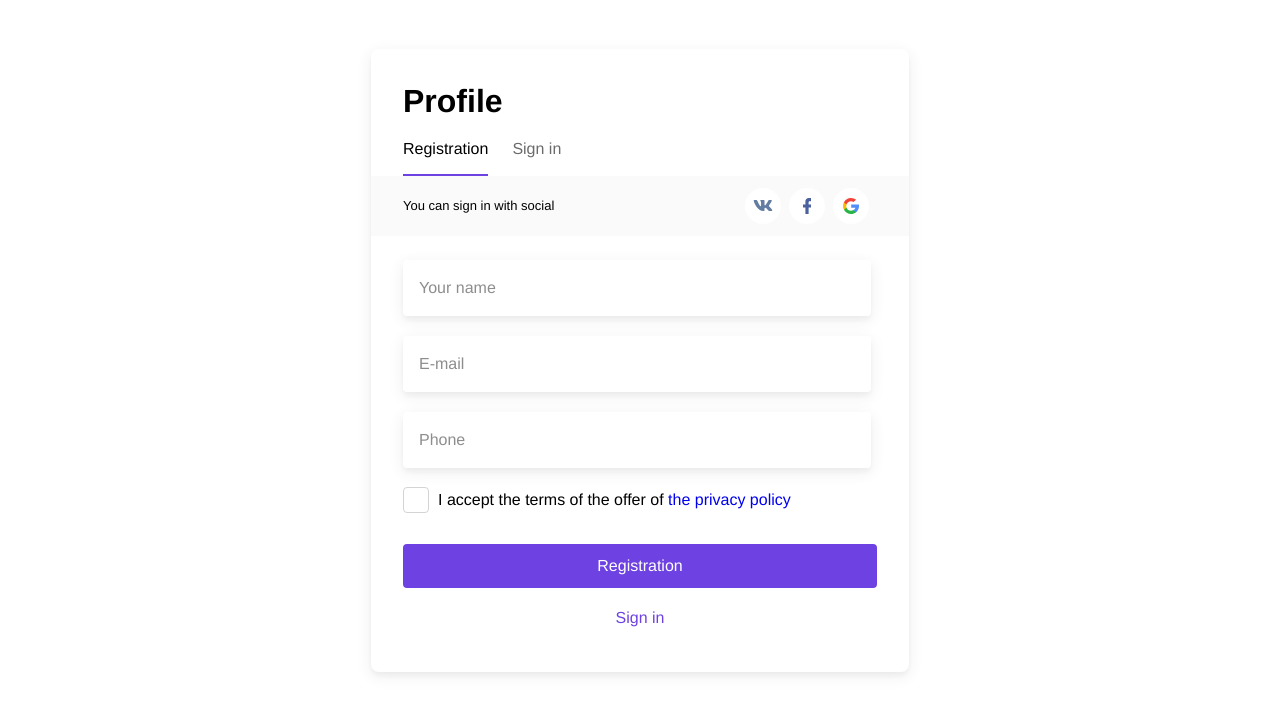
Repository: skydevil1604/vue-test-app
Page: /
The author's editor kept a copy of each file at every save. The page is drawn from the files as they stood at one save, then again after the next save.
The browser window is 1280 px wide. The pictures show the whole page.
The project was rebuilt for these pictures with package versions that can differ from the ones it lists, and the page was loaded fresh each time.

Above is the page before, as saved 2020-04-06 18:38:13.

After the next save:
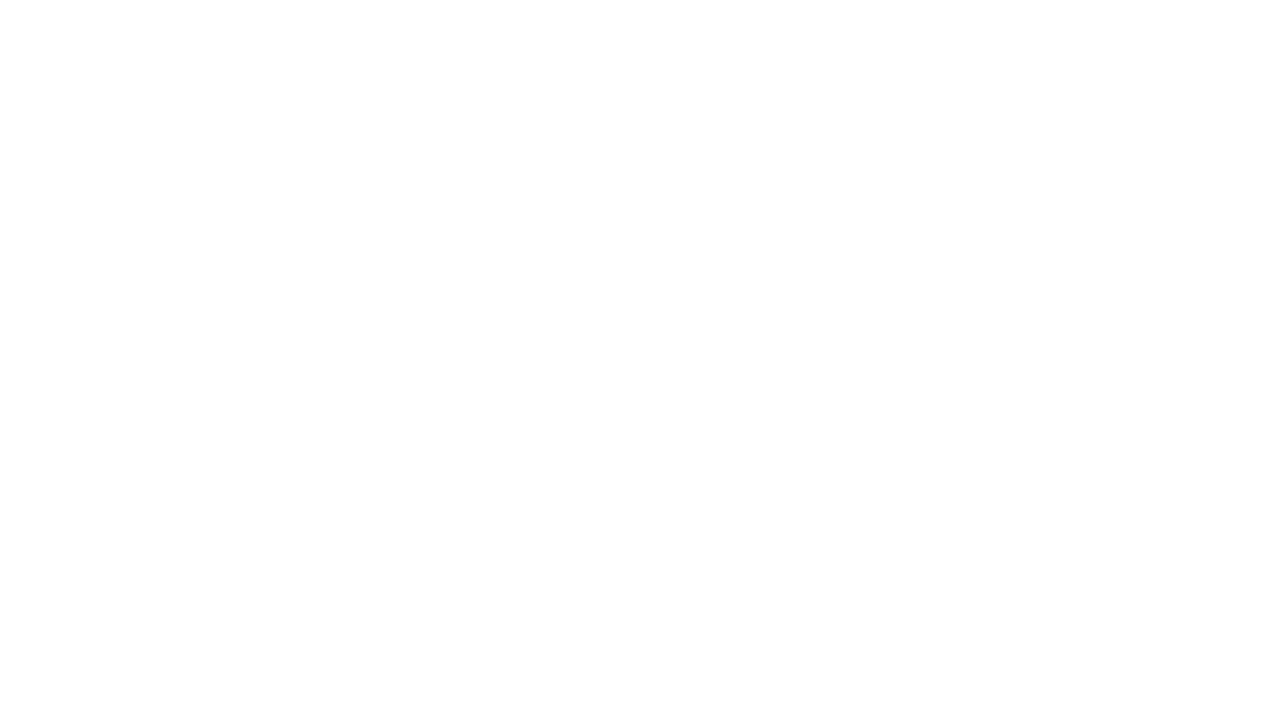
Saved 2 min 13 s later.
--- a/src/main.js
+++ b/src/main.js
@@ -7,6 +7,6 @@
 Vue.use(VueRouter)
 
 new Vue({
-  render: h => h(App),
+  // render: h => h(App),
   router
 }).$mount('#app');

After the save that followed:
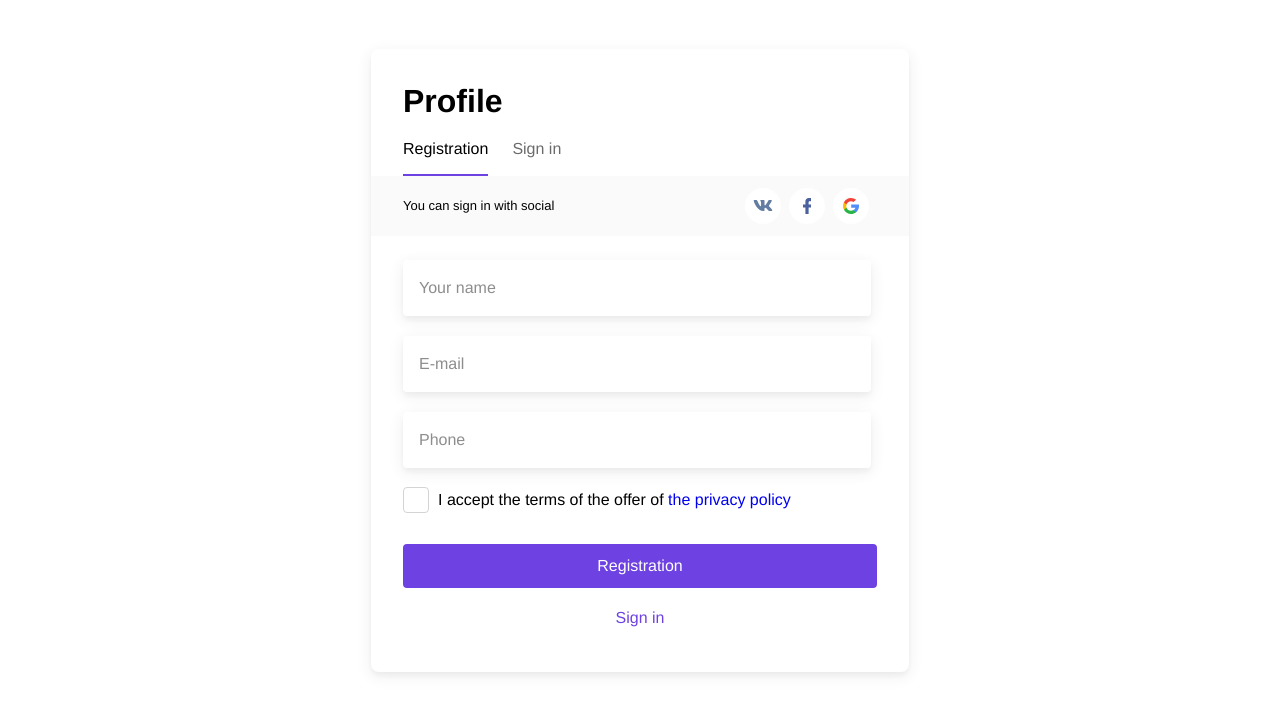
Saved 46 s later.
--- a/src/main.js
+++ b/src/main.js
@@ -7,6 +7,6 @@
 Vue.use(VueRouter)
 
 new Vue({
-  // render: h => h(App),
+  render: h => h(App),
   router
 }).$mount('#app');
